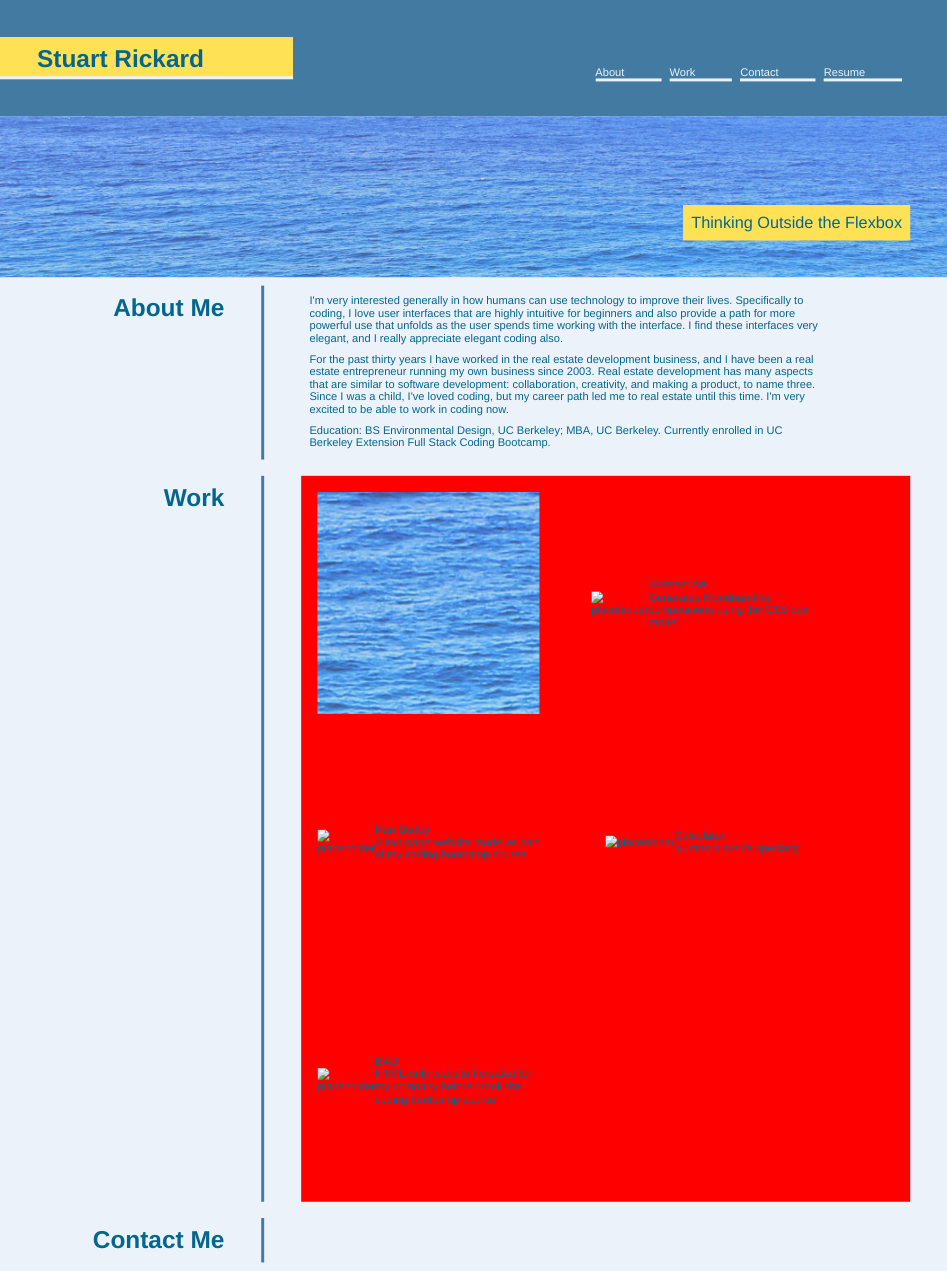
Repository: stuart-rickard/srport
Page: underconstruction.html
These files come from the project's save history. The page is drawn as it stood at one moment and after the next save; the edit follows.
The browser window is 1280 px wide. The pictures show the whole page, at 74% of full size.
Backgrounds fixed to the window are drawn as part of the page.

Above is the page before, as saved 2021-11-12 16:45:08.

After the next save:
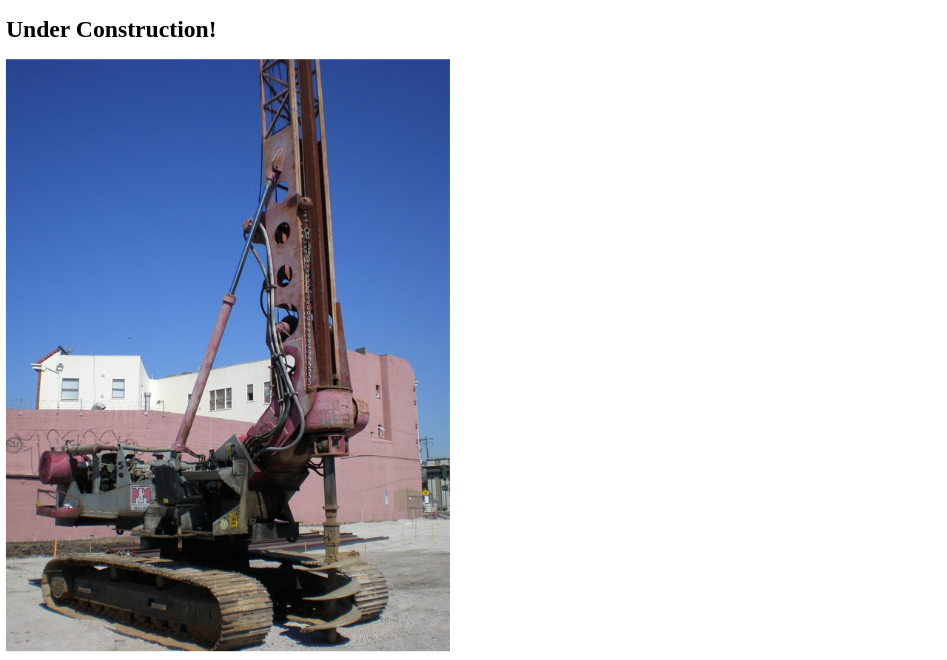
Saved 2 min 56 s later.
--- a/underconstruction.html
+++ b/underconstruction.html
@@ -4,87 +4,10 @@
     <meta charset="UTF-8" />
     <meta name="viewport" content="width=device-width, initial-scale=1.0" />
     <meta http-equiv="X-UA-Compatible" content="ie=edge" />
-    <link rel="stylesheet" href="./assets/css/style.css">
-    <title>Stuart Rickard Portfolio</title>
+    <title>Under Construction</title>
   </head>
   <body>
-    <header>
-      <h1>Stuart Rickard</h1>
-      <nav><ul>
-        <li><a href="#about-me-title">About</a></li>
-        <li><a href="#work-title">Work</a></li>
-        <li><a href="#contact-me-title">Contact</a></li>
-        <!-- Add resume link -->
-        <li><a href="#">Resume</a></li>
-      </ul></nav>
-    </header>
-    <section class=band-below-header>
-      <p>Thinking Outside the Flexbox</p>
-    </section>
-    <main>
-      <section class=main-section>
-        <div class=main-section-Title id="about-me-title">About Me</div>
-        <div class=main-section-Content id=about-me-text>
-          <p>
-            I'm very interested generally in how humans can use technology to improve their lives.  Specifically to coding, I love user interfaces that are highly intuitive for beginners and also provide a path for more powerful use that unfolds as the user spends time working with the interface.  I find these interfaces very elegant, and I really appreciate elegant coding also.
-          </p>
-          <p>
-            For the past thirty years I have worked in the real estate development business, and I have been a real estate entrepreneur running my own business since 2003.  Real estate development has many aspects that are similar to software development: collaboration, creativity, and making a product, to name three.  Since I was a child, I've loved coding, but my career path led me to real estate until this time.  I'm very excited to be able to work in coding now.
-          </p>
-          <p>
-            Education: BS Environmental Design, UC Berkeley; MBA, UC Berkeley.  Currently enrolled in UC Berkeley Extension Full Stack Coding Bootcamp.
-          </p>
-        </div>
-      </section>
-      <section class=main-section>
-        <div class=main-section-Title id="work-title">Work</div>
-        <div class=main-section-Content id="work-card-container">
-          <!-- Add alt text for all cards -->
-          <article class=work-card>
-            <a href="https://stuart-rickard.github.io/sandbox/circles/">
-              <img id=circles src="assets/images/waves.jpg" alt="placeholder">
-              <div>circles
-                <p>Uses the CSS box model to rotate concentric circles within one another</p>
-              </div>
-            </a>
-          </article>
-          <article class=work-card>
-            <img id=abstract-art src="#" alt="placeholder">
-            <div>Abstract Art
-              <p>Generates Mondrian-like compositions using the CSS box model</p>
-            </div>
-          </article>
-          <article class=work-card>
-            <img id=run-buddy src="#" alt="placeholder">
-            <div>Run Buddy
-              <p>A two-page website made as part of my coding bootcamp course</p>
-            </div>
-          </article>
-          <article class=work-card>
-            <img id=calculator src="#" alt="placeholder">
-            <div>Calculator
-              <p>Numbers are its specialty</p>
-            </div>
-          </article>
-          <article class=work-card>
-            <img id=BAU src="#" alt="placeholder">
-            <div>BAU
-              <p>HTML-only website I created for my company before I took the coding bootcamp course</p>
-            </div>
-          </article>
-        </div>
-      </section>
-      <section class=main-section>
-        <div class=main-section-Title id="contact-me-title">Contact Me</div>
-        <div class=main-section-Content id="contact-me-content">
-          <a href:="tel:+15104999400">+1.510.499.9400</a>
-          <a href:="mailto:SR@bau-dev.com">SR@bau-dev.com</a>
-          <!-- Add refs -->
-          <a href:="#">Github</a>
-          <a href:="#">Spotify</a>
-          <!-- Photo credit -->
-        </div>
-      </section>
-    </main>
+    <h1>Under Construction!</h1>
+    <img src="assets/images/construction.JPG" alt="Construction site with drill machine">
   </body>
 </html>
